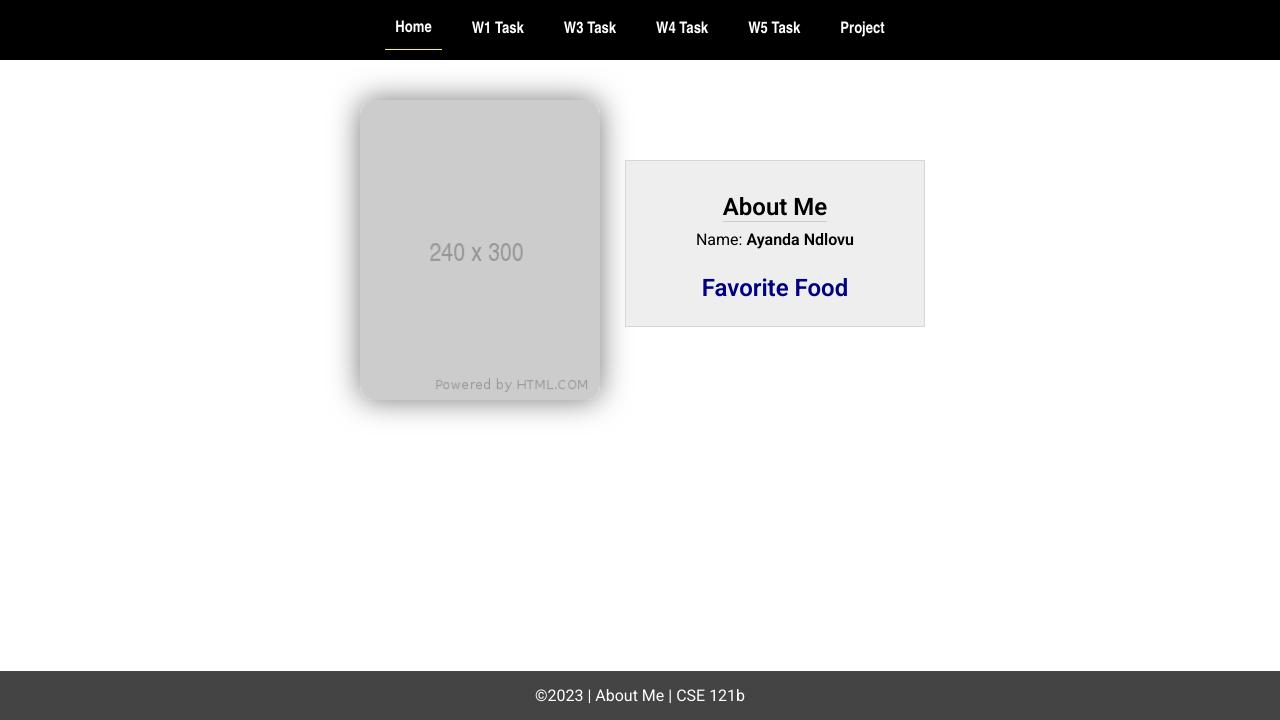
Repository: mszakutumela/cse121b
Page: index.html
These files come from the project's save history. The page is drawn as it stood at one moment and after the next save; the edit follows.
The browser window is 1280 px wide. The pictures show the whole page.

Above is the page before, as saved 2023-10-07 15:04:51.
Console error: ReferenceError: image is not defined

### index.html
<!DOCTYPE html>
<html lang="en">

<head>
  <meta charset="UTF-8">
  <meta name="viewport" content="width=device-width, initial-scale=1.0">
  <title>About Me | CSE 121b | W02: Programming Tasks</title>
  <link rel="preconnect" href="https://fonts.googleapis.com">
  <link rel="preconnect" href="https://fonts.gstatic.com" crossorigin>
  <link href="https://fonts.googleapis.com/css2?family=Roboto:wght@400;600&display=swap"
    rel="stylesheet">
  <link rel="stylesheet" href="styles/main.css">
</head>

<body>
  <nav>
    <ul id="menu">
      <li><a id="toggleMenu">&equiv;</a></li>
      <li><a href="index.html" class="active">Home</a></li>
      <li><a href="w01-task.html">W1 Task</a></li>
      <li><a href="w03-task.html">W3 Task</a></li>
      <li><a href="w04-task.html">W4 Task</a></li>
      <li><a href="w05-task.html">W5 Task</a></li>
      <li><a href="project.html">Project</a></li>
    </ul>
  </nav>
  <main id="home">
    <picture>
      <!-- <img src="images/20221109_183304.jpg" alt="Image_of_Me"> you were not supposed to change anything in this document-->
      <img src="images/placeholder.png" alt="Placeholder Image">
    </picture>
    <section>
      <h1>About Me</h1>
      <div class="info">Name: <span id="name"></span></div>
      <h2>Favorite Food</h2>
      <div class="block" id="food"></div>
    </section>
  </main>
  <footer>
    &copy;<span id="year"></span> | About Me | CSE 121b
  </footer>
  <script src="scripts/main.js"></script>
  <script src="scripts/w02-task.js"></script>
</body>

</html>

### styles/main.css
/* Universal Selector */
* {
    margin: 0;
    padding: 0;
    box-sizing: border-box;
}

/* HTML Selectors */
body {
    font-family: 'Roboto', Helvetica, sans-serif;
}

nav {
    background-color: black;
    width: 100%;
    position: fixed;
    top: 0;
}

nav ul {
    display: flex;
    flex-direction: column;
    align-items: center;
    max-width: -moz-fit-content;
    max-width: fit-content;
    margin: 0 auto;
}

nav ul li {
    flex: 1 1 auto;
}

nav ul li:first-child {
    display: block;
    font-size: 2rem;
}

nav ul li:first-child a {
    padding: 1px 10px;
}

nav ul li {
    display: none;
    list-style: none;
    margin: 10px;
}

nav ul li a {
    display: block;
    padding: 10px;
    text-decoration: none;
    font-weight: 600;
    color: white;
    text-align: center;
    font-family: 'Arial Narrow', Arial, sans-serif;
}

nav ul li a:hover {
    background-color: #efefef;
    color: black;
}

h1,
h2 {
    text-align: center;
    margin: 1rem 0 .5rem;
}

h1 {
    border-bottom: 1px solid #ccc;
}

#gridly h1 {
    margin-top: 80px;
}

h2 {
    font-size: 1.5rem;
    color: navy;
    text-align: center;
    margin-top: 25px;
}

h3 {
    font-size: 1.3rem;
    margin-bottom: 1rem;
}

header {
    margin-top: 70px;
}

picture {
    margin: 0 auto;
}

picture img {
    width: 240px;
    height: auto;
    border-radius: 5%;
    border: 1px solid #ccc;
    box-shadow: 0 0 30px #777;
}

section {
    display: flex;
    flex-direction: column;
    align-items: center;
    margin: 0 auto 1rem;
    border: 1px solid rgba(0, 0, 0, .1);
    padding: 1rem;
    background-color: #eee;
}

article {
    margin-bottom: 1rem;
}

article div {
    margin-bottom: .5rem;
    text-align: right;
}

label {
    padding: .35rem;
}

input {
    padding: .35rem;
}

input[type="button"] {
    padding: .5rem;
    background-color: #444;
    color: white;
    border: none;
    border-radius: 5px;
    cursor: pointer;
    width: 100%
}

input[type="checkbox"] {
    width: 25px;
    height: 25px;
}

dt {
    font-weight: 700;
}

dt::before {
    content: "🏘️ ";
}

dd {
    margin: 0 0 .5rem 2rem;
    font-size: smaller;
}

footer {
    background-color: #444;
    color: white;
    padding: 15px;
    text-align: center;
    width: 100%;
    position: fixed;
    bottom: 0;
}

/* Class Selectors */
.active {
    border-bottom: 1px solid yellow;
}

.open li {
    display: block;
}

.block {
    display: block;
}

.larger {
    font-size: larger;
    color: red;
}

.right {
    width: 100%;
    text-align: right;
}

.middle {
    display: flex;
    align-items: center;
    justify-content: right;
    gap: 1rem;
}

/* ID Selectors */

#home {
    margin-top: 125px;
    display: grid;
    grid-template-columns: 1fr;
    grid-gap: 20px;
    align-items: center;
    justify-content: center;
}


#section1 {
    background-color: rgb(225, 250, 225, .5);
}

#section2 {
    background-color: rgba(200, 200, 250, 0.5);

}

#section2 div {
    margin-bottom: 1rem;
}

#section3 {
    background-color: rgb(250, 225, 250, .5);
}

#sortBy {
    appearance: none;
    display: flex;
    padding: .5rem;
    background-color: #eee;
    color: #444;
    font-weight: 700;
    margin: 1rem auto;
    width: 200px;
    border: 1px solid rgba(0, 0, 0, .2);
    text-align: center;
}

#sortBy option:disabled {
    font-style: italic;
    padding: 1rem;
    background-color: #111;
    color: #eee;
}

#temples {
    display: grid;
    grid-template-columns: repeat(auto-fit, minmax(320px, 1fr));
    grid-gap: .5rem;
    align-items: center;
    margin-bottom: 3rem;
}

#temples article {
    height: 250px;
    margin: .5rem;
    border: 1px solid rgba(0, 0, 0, .1);
    padding: 1rem;
    background-color: #eee;
    display: flex;
    flex-direction: column;
    align-items: center;
    justify-content: center;
}

#temples h4 {
    color: navy;
    font-size: smaller;
}


#temples img {
    width: 250px;
    height: auto;
    box-shadow: 0 0 30px #777;
    margin: .5rem;
}

/* Media Queries */
@media only screen and (min-width: 32.5em) {
    nav ul {
        flex-direction: row;
    }

    nav ul li:first-child {
        display: none;
    }

    nav ul li {
        display: block;
    }

    section {
        min-width: 300px;
    }

    #home {
        margin: 100px auto 20px;
        grid-template-columns: 250px 1fr;
        max-width: -moz-fit-content;
        max-width: fit-content;
    }

    #task3 {
        display: grid;
        grid-template-columns: 1fr 1fr;
        grid-gap: 5px;
        margin: 0 auto;
        max-width: 950px;
    }

}

### scripts/w02-task.js
/* W02-Task - Profile Home Page */

/* Step 1 - Setup type tasks - no code required */

/* Step 2 - Variables */
let fullName = "Ayanda Ndlovu";
let currentYear = new Date().getFullYear();
const profilePicture = "images/20221109_183304.jpg";

/* Step 3 - Element Variables */
const nameElement = document.getElementById('name');
const foodElement = document.getElementById('food');
const yearElement = document.querySelector('#year');
let blockElement = document.getElementsByTagName('img');
// const imageElement = document.querySelector('img');


/* Step 4 - Adding Content */
nameElement.innerHTML = `<strong>${fullName}</strong>`;
yearElement.textContent = `${currentYear}`;
// imageElement.setAttribute('scr', profilePicture);
// imageElement.setAttribute('alt', `${profilePicture}`);
// imageElement.setAttribute('title', `${profilePicture}`);

// imageElement.innerHTML = `${profilePicture}`;
let imageElement = image[0].setAttribute('scr', profilePicture);
image[0].setAttribute('alt', `${profilePicture}`);
image[0].setAttribute('title', `${profilePicture}`);

/* Step 5 - Array */
let favoriteFoods = ['Spinach', 'Carrots', 'Chicken', 'Couscous', 'Butternut'];
foodElement.innerHTML = `${favoriteFoods}`;
let anotherSingleFood = ['Green Apples'];
favoriteFoods.push('Green Apples');
foodElement.innerHTML += `<br>${favoriteFoods}`;
favoriteFoods.pop(0);
foodElement.innerHTML += `<br>${favoriteFoods}`;
favoriteFoods.pop();
foodElement.innerHTML += `<br>${favoriteFoods}`;

Loaded but not shown: scripts/main.js (common file)

After the next save:
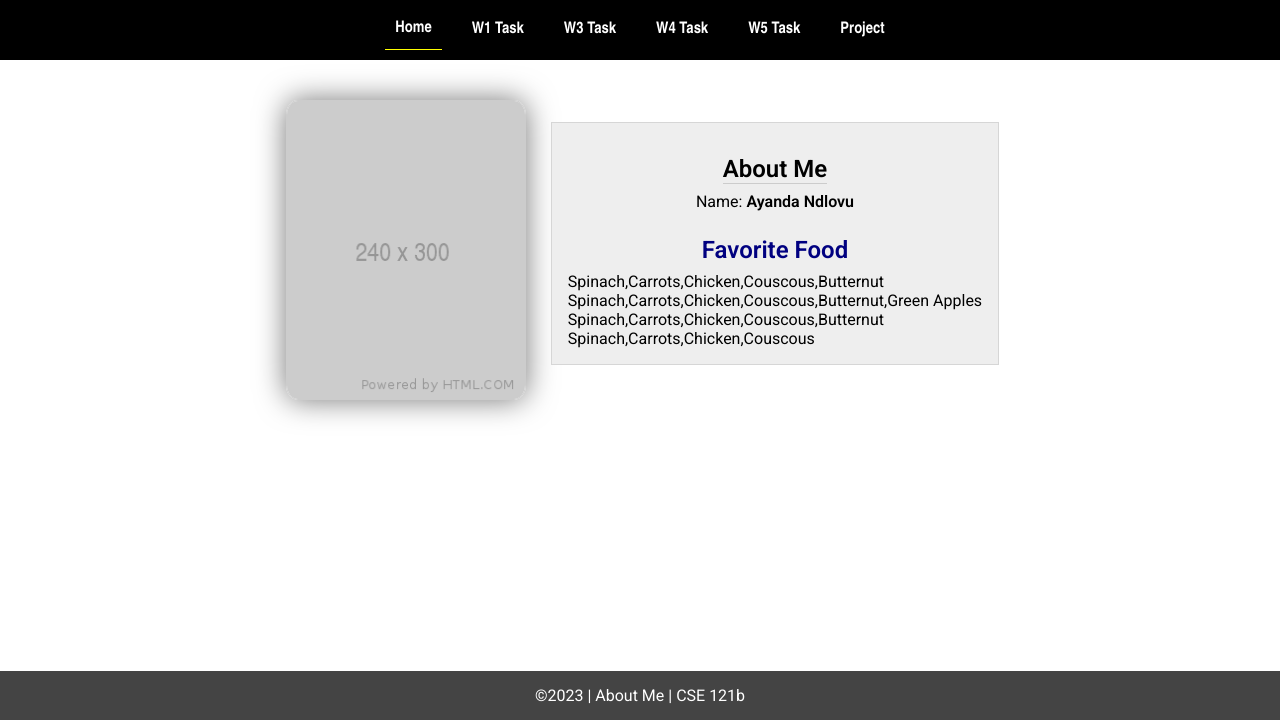
The error is gone.
Saved 61 s later.
--- a/scripts/w02-task.js
+++ b/scripts/w02-task.js
@@ -11,7 +11,7 @@ const profilePicture = "images/20221109_183304.jpg";
 const nameElement = document.getElementById('name');
 const foodElement = document.getElementById('food');
 const yearElement = document.querySelector('#year');
-let blockElement = document.getElementsByTagName('img');
+let image = document.getElementsByTagName('img');
 // const imageElement = document.querySelector('img');
 
 
